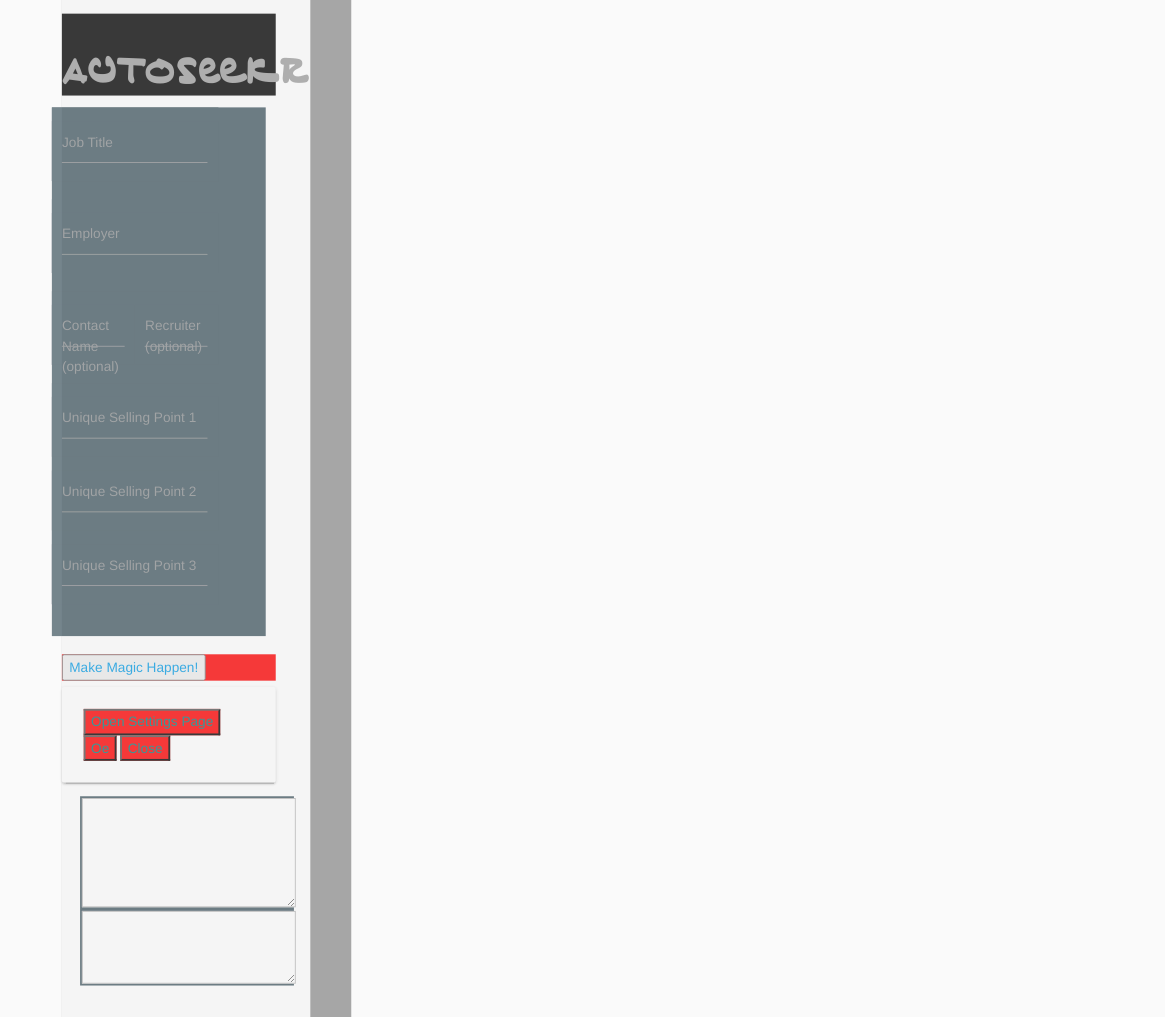
Repository: trendy77/autoJobbrr
Page: popup.html
These files come from the project's save history. The page is drawn as it stood at one moment and after the next save; the edit follows.
The browser window is 1280 px wide. The pictures show the whole page, at 91% of full size.

Above is the page before, as saved 2018-08-09 18:00:42.
Console error: ReferenceError: createJobForm is not defined

After the next save:
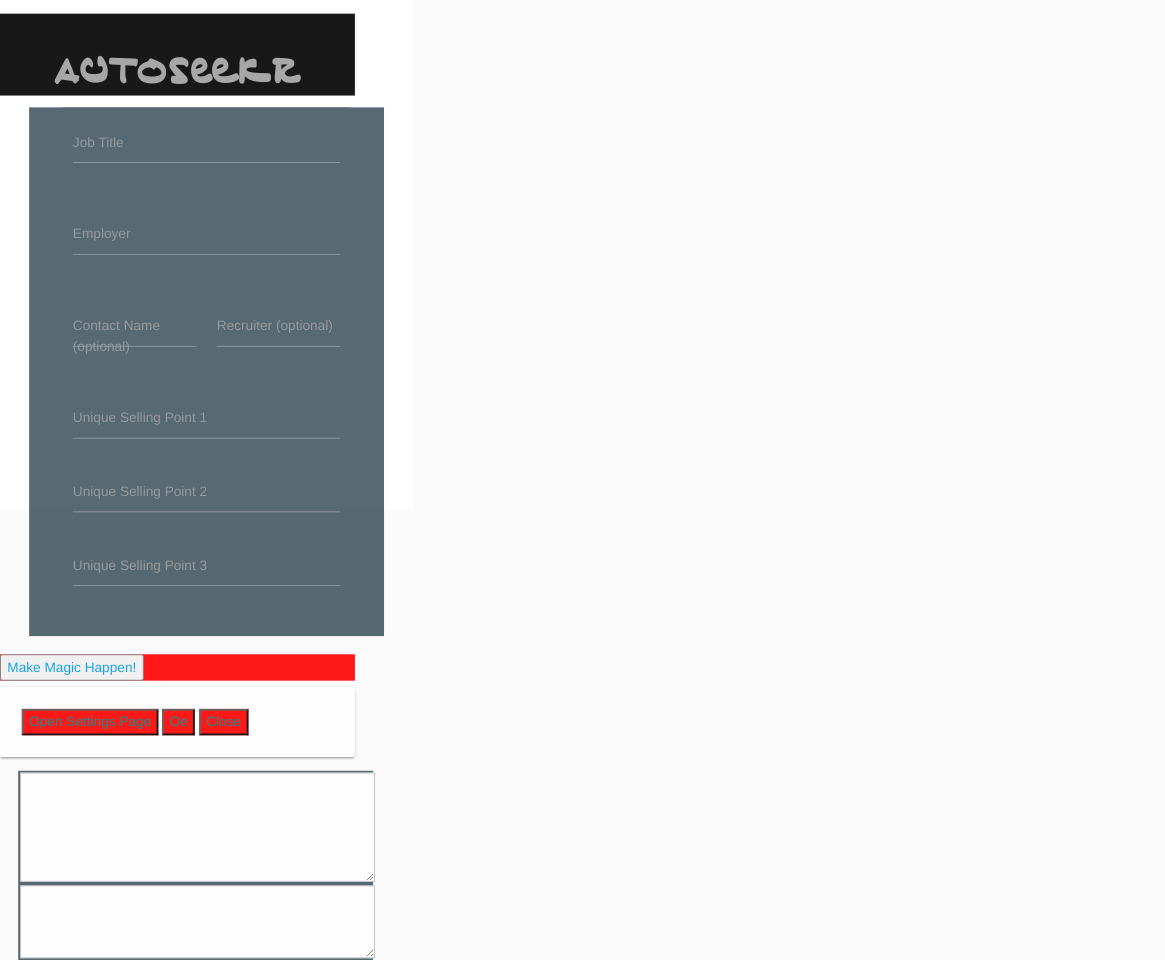
Saved 9 min 33 s later.
--- a/popup.html
+++ b/popup.html
@@ -10,13 +10,10 @@
     <script src="js/popup.js"></script>
   </head>
 
-  <body>
-    <div class="container grey">
-      <div class="section white">
-        <div id="title" class="section no-pad-bot black">
+  <body class="section white">
+          <div id="title" class="section no-pad-bot black">
           <h4 style="font-family:tinyHands; src:('fonts/tinyHands.woff')" class="header center grey-text">autoSEEKr</h4>
         </div>
-
         <div class="row">
           <form class="col s12">
             <div class="row">
